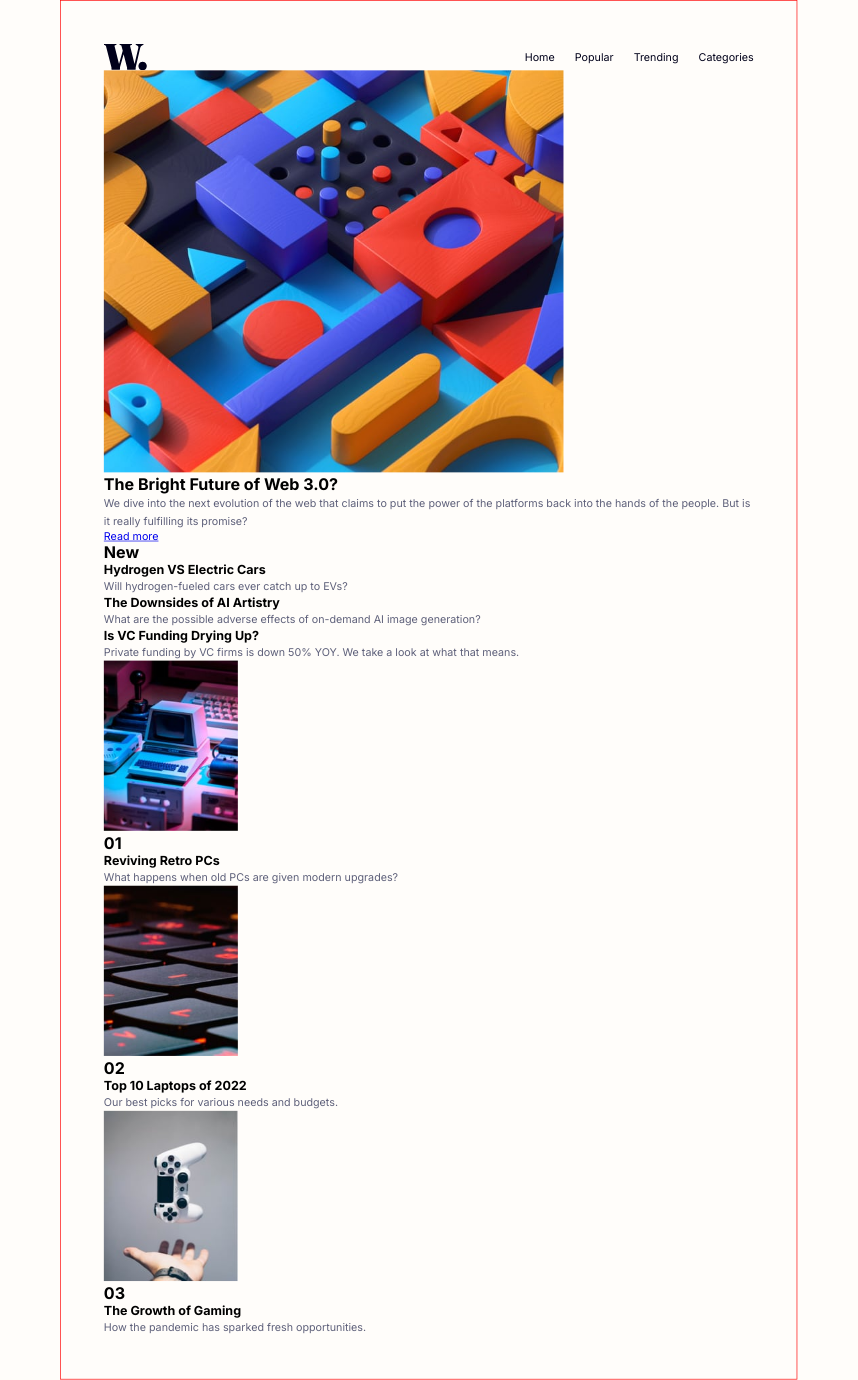
Repository: Arkitecth/news-webpage
Page: index.html
The author's editor kept a copy of each file at every save. The page is drawn from the files as they stood at one save, then again after the next save.
The browser window is 1280 px wide. The pictures show the whole page, at 67% of full size.

Above is the page before, as saved 2023-06-07 19:51:32.

After the next save:
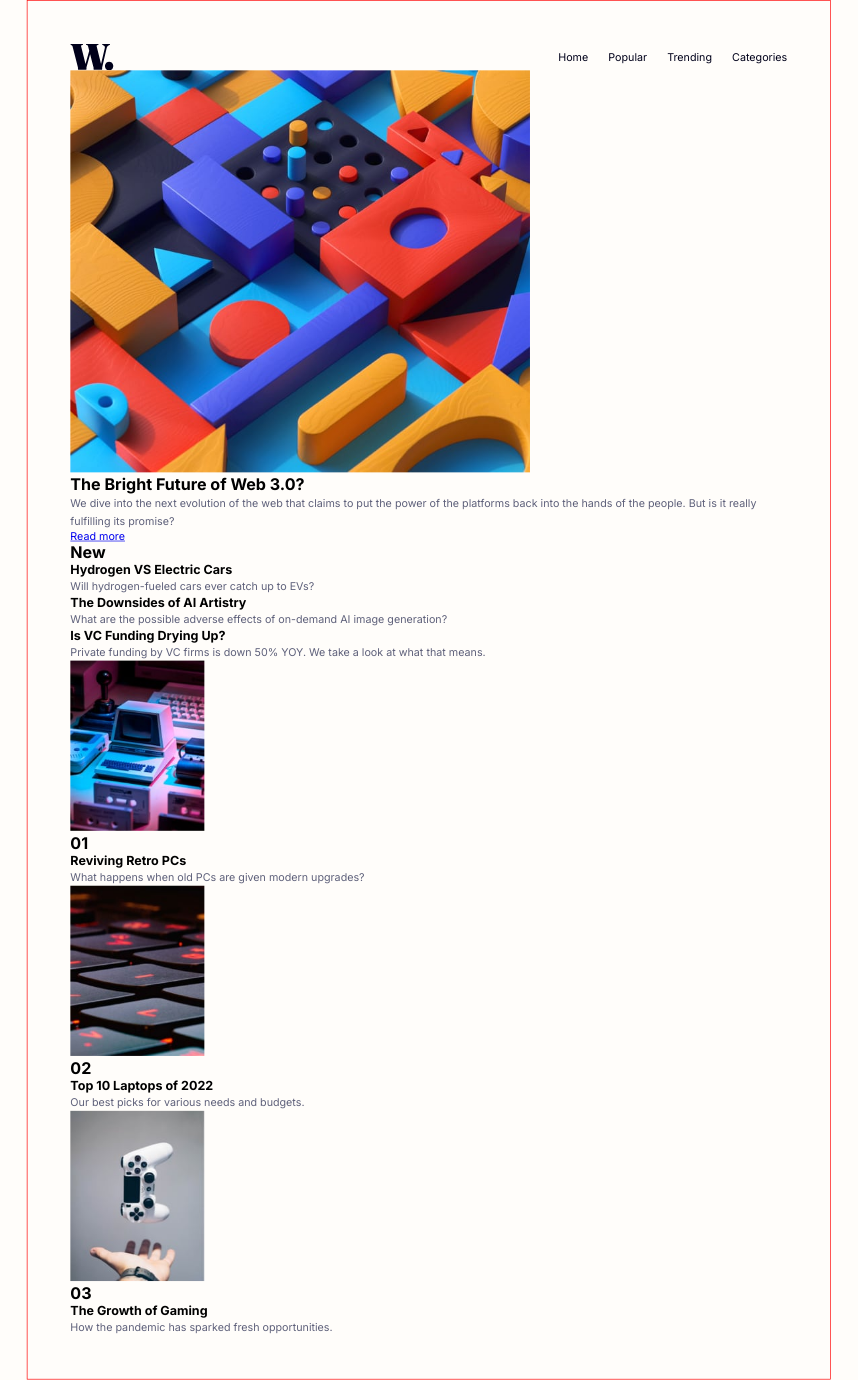
Saved 14 s later.
--- a/style.css
+++ b/style.css
@@ -36,7 +36,7 @@
 }
 
 main {
-    max-width: 1100px;
+    max-width: 1200px;
     margin: auto;
     padding: 4rem 4rem;
     overflow: hidden;
